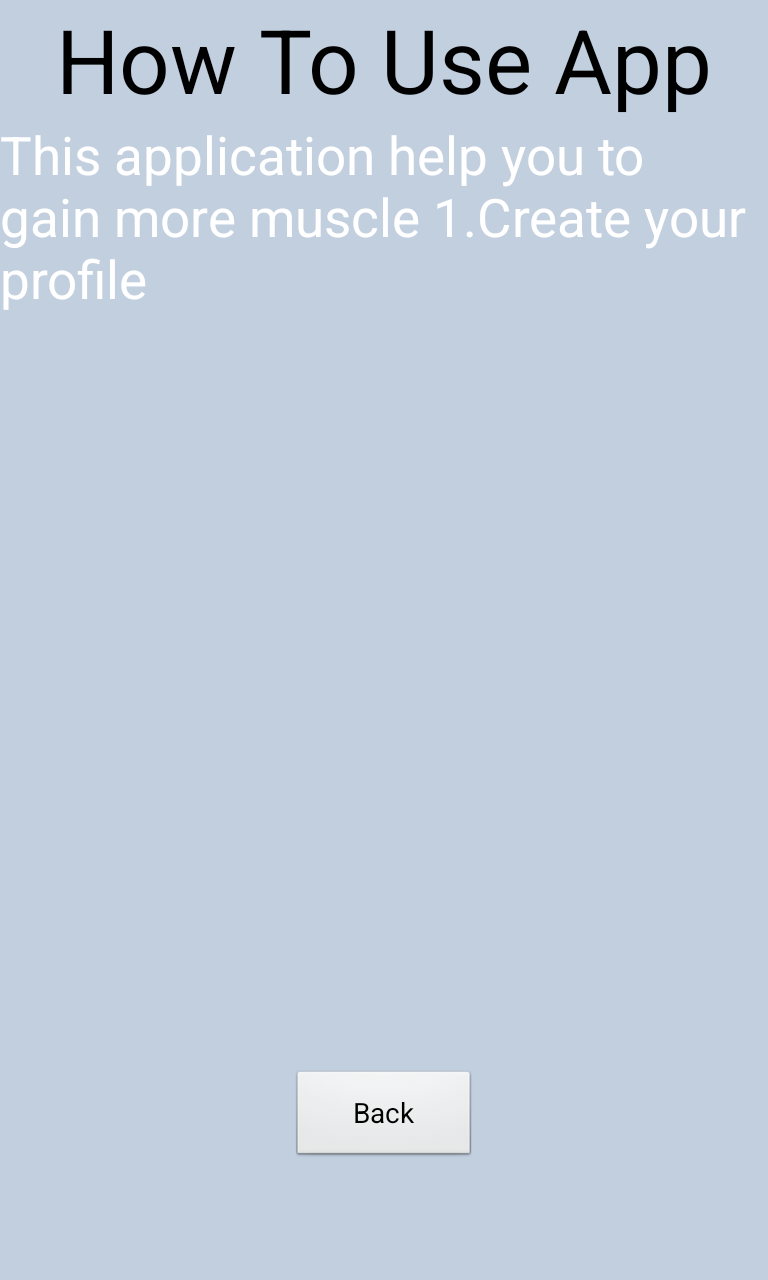
Repository: parinya1968/My-project
Layout: DroidWork/getBig/res/layout/howto.xml
An editor plug-in stored every save of this project. The layout is shown before and after the next save, followed by the edit.
It is drawn on a 768 x 1280 px phone screen (xhdpi) without system bars, with theme android:Theme.NoTitleBar.Fullscreen; the app's code is not run.

Above is the layout before, as saved 2012-06-20 05:51:59.

After the next save:
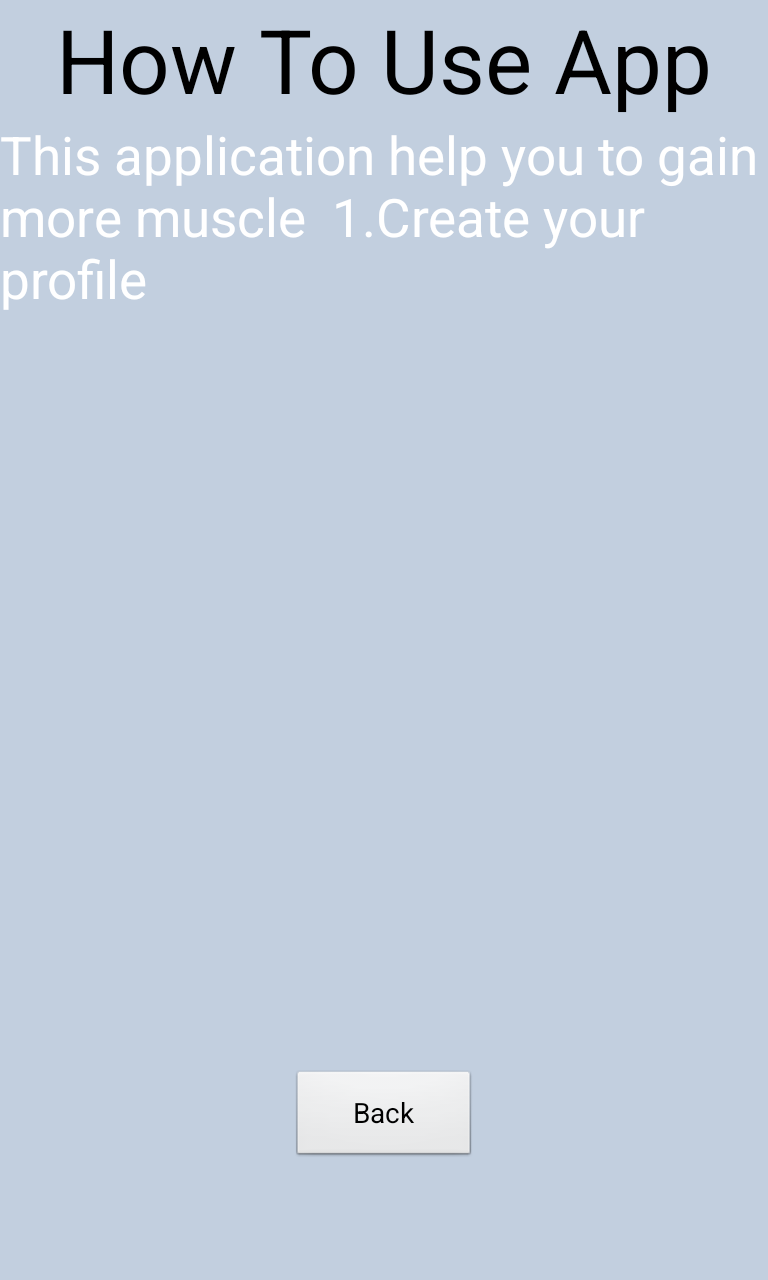
Saved 32 s later.
--- a/DroidWork/getBig/res/values/strings.xml
+++ b/DroidWork/getBig/res/values/strings.xml
@@ -4,7 +4,7 @@
     <string name="hello">Hello World, GetBigActivity!</string>
     <string name="app_name">GetBig</string>
     <string name="howTo">
-        <p>This application help you to gain more muscle
+        <p>This application help you to gain more muscle <br />
             1.Create your profile
         </p>
     </string>
